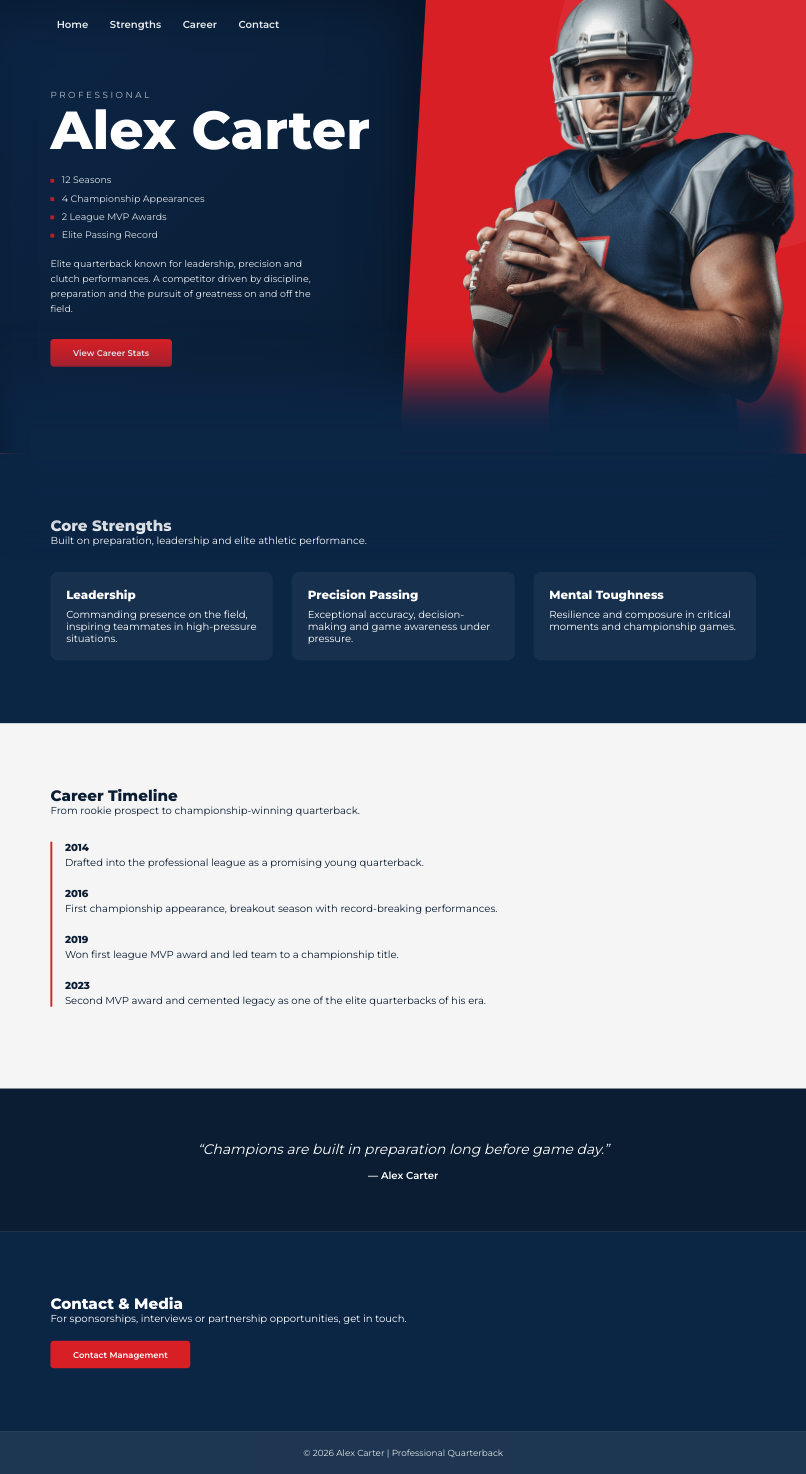
Repository: davidfsillva/Alex-Carter
Page: index.html
An editor plug-in stored every save of this project. The page is shown before and after the next save, followed by the edit.
The browser window is 1280 px wide. The pictures show the whole page, at 63% of full size.

Above is the page before, as saved 2026-02-12 16:01:46.

After the next save:
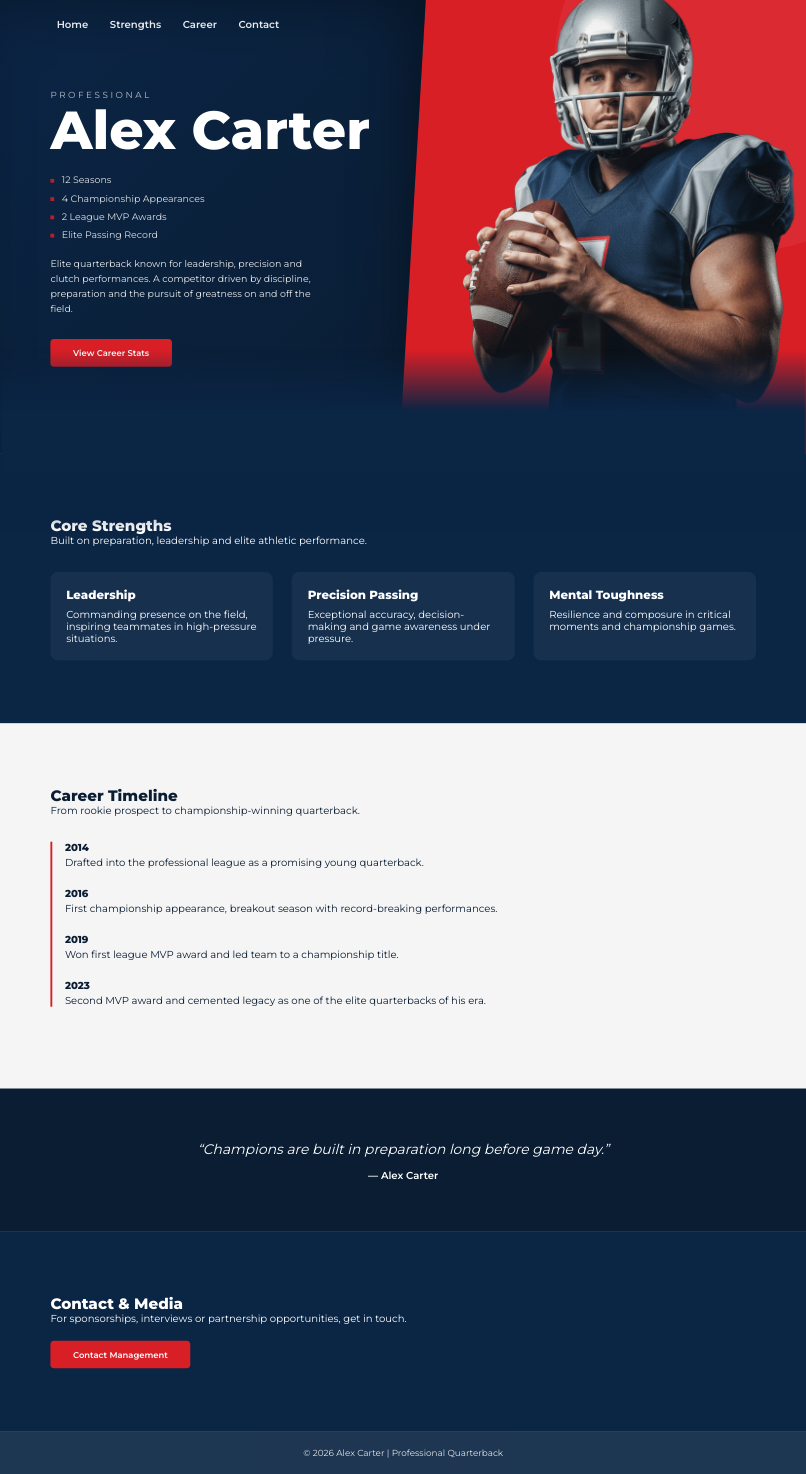
Saved 12 s later.
--- a/style.css
+++ b/style.css
@@ -190,7 +190,7 @@
     rgba(11,37,69,0)
   );
 
-  filter: blur(22px);
+  filter: blur(2px);
   transform: scaleY(1.2);
 
   pointer-events: none;
